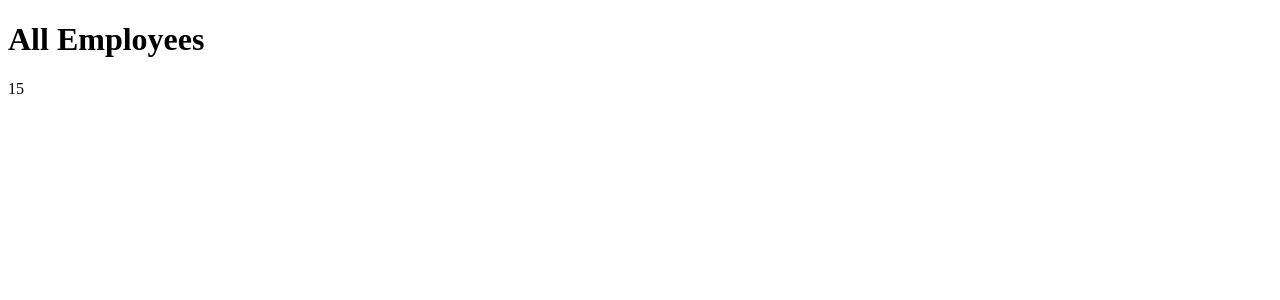
Repository: biswajit-pradhan/springboot
Page: http://localhost/MySpringApp/employees
These files come from the project's save history. The page is drawn as it stood at one moment and after a run of saves; the edit follows.
The browser window is 1280 px wide. The pictures show the whole page.
The page is served by Tomcat 9. Other server files are loaded and not shown.

Above is the page before, as saved 2023-01-12 04:44:04.

### MySpringApp/WebContent/WEB-INF/jsps/employees.jsp
<%@ page language="java" contentType="text/html; charset=ISO-8859-1"
    pageEncoding="ISO-8859-1"%>
<!DOCTYPE html>
<html>
<head>
<meta charset="ISO-8859-1">
<title>Insert title here</title>
</head>
<body>
<h1>All Employees</h1>
<%
int x=5;
int y=10;
out.println(x+y);
%>
</body>
</html>

After the next 3 saves:
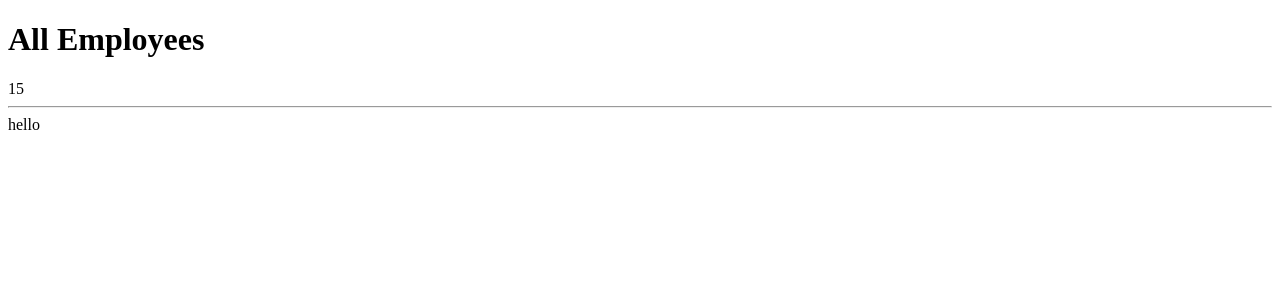
The 3 saves are shown as one change because 2 did not build or start.
The last was saved 4 min 45 s later.
--- a/MySpringApp/WebContent/WEB-INF/jsps/employees.jsp
+++ b/MySpringApp/WebContent/WEB-INF/jsps/employees.jsp
@@ -1,5 +1,5 @@
 <%@ page language="java" contentType="text/html; charset=ISO-8859-1"
-    pageEncoding="ISO-8859-1"%>
+	pageEncoding="ISO-8859-1"%>
 <!DOCTYPE html>
 <html>
 <head>
@@ -7,11 +7,16 @@
 <title>Insert title here</title>
 </head>
 <body>
-<h1>All Employees</h1>
-<%
-int x=5;
-int y=10;
-out.println(x+y);
-%>
+	<h1>All Employees</h1>
+	<%
+		int x = 5;
+		int y = 10;
+		out.println(x + y);
+	%>
+	<hr>
+	<%
+		String value = (String)request.getAttribute("msg");
+		out.println(value);
+	%>
 </body>
 </html>
